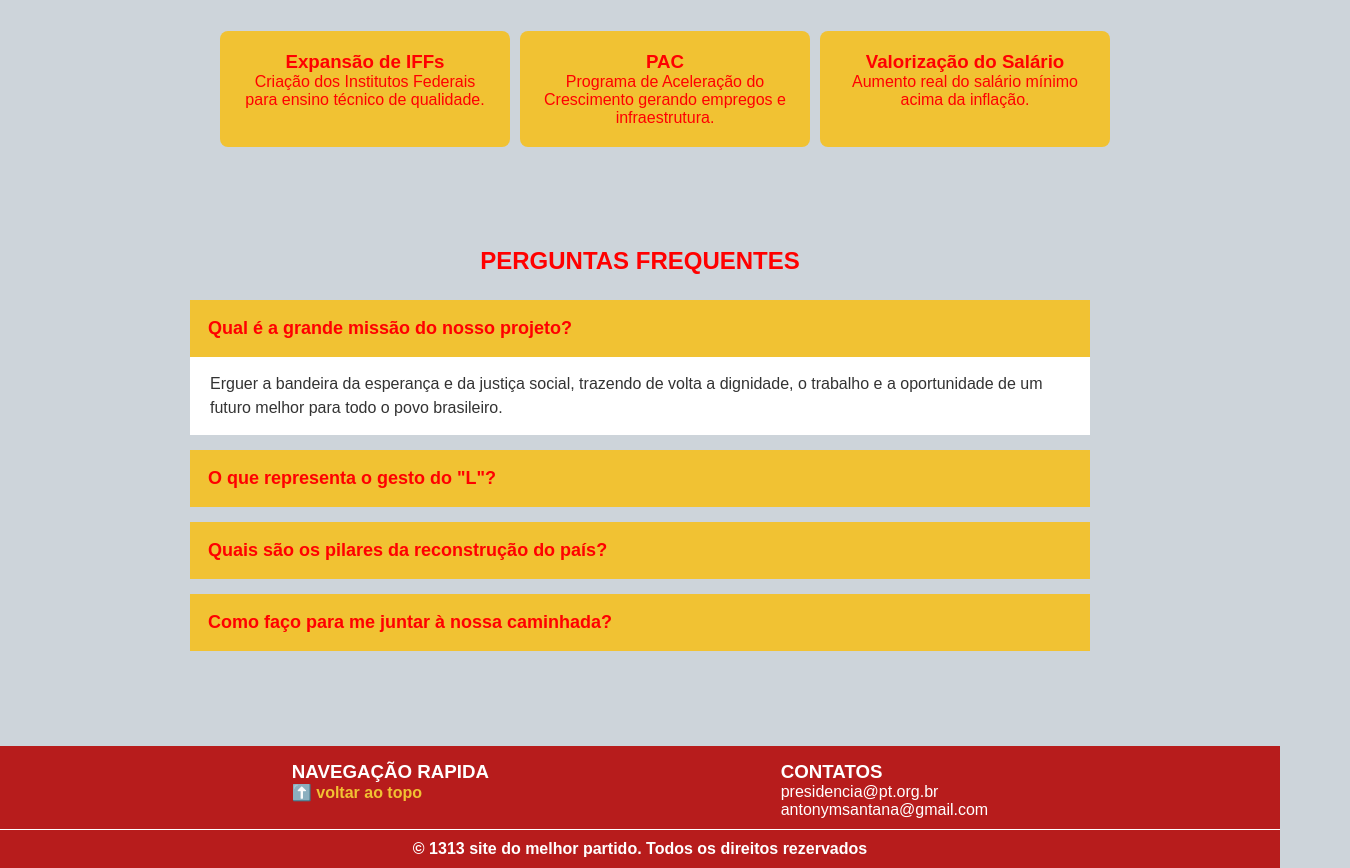
Repository: antonymsantana-design/second.revision
Page: html/html.html
An editor plug-in stored every save of this project. The page is shown before and after a run of saves, followed by the edit.
The browser window is 1280 px wide. The page is 1350 px wide, so the pictures cover 1350 px, including what lies to the right of the window. The pictures show the part of the page from y = 1917 to 2785 px (the page is 2785 px tall before and 2752 px after).
After loading, the first visible `button.crd-pergunta` was clicked once.

Above is the page before, as saved 2026-09-05 13:49:56.

### html/html.html
<!doctype html>
<html lang="pt-br">
  <head>
    <meta charset="UTF-8" />
    <meta name="viewport" content="width=device-width, initial-scale=1.0" />
    <title>avaliação</title>
    <link rel="stylesheet" href="../css/css.css" />
    <script src="../js/js.js" defer></script>
  </head>
  <header>
    <div class="conteudoH" id="conteudoH">
      <div class="imagem" id="imagem">
        <img
          src="../IMAGENS/partido-dos-trabalhadores-pt.png"
          alt="logo"
          class="logoIMG"
          id="logoIMG"
        />
      </div>
      <div class="links" id="links">
        <a href="#" class="aLinks">EXPERIÊNCIAS</a>
        <a href="#" class="aLinks">PROJETOS</a>
        <a href="#" class="aLinks">SOBRE</a>
      </div>
      <div class="btnDiv" id="btnDiv">
        <button class="btn" id="btn">
          <div class="btnTxt" id="btnTxt">
            <p>contrate-nos</p>
          </div>
        </button>
      </div>
    </div>
  </header>

  <body>
    <div class="conteudo">
      <div class="texto">
        <h1 class="faça_o_l">FAÇA O L</h1>
        <br />
        <h1 class="imediatamente">IMEDIATAMENTE</h1>
      </div>
    </div>

    <div class="cards">
      <div class="card">
        <div class="imagemCard">
          <img src="../IMAGENS/fazoL.webp" alt="ptzão" />
        </div>
        <div class="textoC">
          <p>
            O L desenhado pelas mãos do povo é o nosso escudo estampado no
            peito, o brasão de uma nação que recusou o fim e escolheu se
            reconstruir. Assim como os maiores símbolos de proteção, ele traz a
            força indomável dos esquecidos, a coragem da classe trabalhadora e o
            abraço que resgata a dignidade de cada família. Fazer o L não é
            apenas um gesto: é a armadura invisível da justiça, a poesia de quem
            luta sem medo e a prova viva de que a esperança sempre vence
            qualquer escuridão.
          </p>
        </div>
      </div>

      <div class="card">
        <div class="imagemCard">
          <img src="../IMAGENS/Design sem nome.png" alt="ptzão" />
        </div>
        <div class="textoC">
          <p>
            A reconstrução do Brasil é a nossa maior batalha vitoriosa, o
            compromisso sagrado de honrar quem ergue este país com as próprias
            mãos. É o salário que volta a ter valor de arma contra a miséria, o
            prato cheio que alimenta a dignidade e a porta da universidade
            aberta para o filho do trabalhador. Erguemos de volta a estrutura de
            uma nação soberana, provando que quando a força do povo se levanta,
            nenhuma injustiça é capaz de ficar em pé.
          </p>
        </div>
      </div>

      <div class="card">
        <div class="imagemCard">
          <img src="../IMAGENS/Design sem nome (1).png" alt="ptzão" />
        </div>
        <div class="textoC">
          <p>
            Nossa verdadeira força nunca esteve em batalhas solitárias, mas no
            exército invencível de milhões de corações alinhados. É o povo
            organizado no campo, na fábrica e na periferia, formando uma
            barreira inabalável em defesa da liberdade e do futuro. Estar juntos
            é carregar o juramento de não deixar ninguém para trás. Somos a
            guarda permanente do país, os guardiões da justiça social e a prova
            de que a nossa união é o maior poder da Terra.
          </p>
        </div>
      </div>
    </div>

    <div class="cardsV">
      <div class="video">
        <video autoplay loop muted playsinline>
          <source src="../video/video1.mp4" type="video/mp4" />
        </video>
      </div>
      <div class="video">
        <video autoplay loop muted playsinline>
          <source src="../video/video2.mp4" type="video/mp4" />
        </video>
      </div>
      <div class="video">
        <video autoplay loop muted playsinline>
          <source src="../video/video3.mp4" type="video/mp4" />
        </video>
      </div>
    </div>

    <div class="galery">
      <div class="btnfiltro">
        <button class="btn-filtro" data-categoria="todos">Todas</button>
        <button class="btn-filtro" data-categoria="social">Social</button>
        <button class="btn-filtro" data-categoria="educacao">Educação</button>
        <button class="btn-filtro" data-categoria="economia">Economia</button>
      </div>

      <div class="cards-galeria">
        <div class="card-item" data-categoria="social">
          <h3>Bolsa Família</h3>
          <p>
            Garantia de renda e combate direto à extrema pobreza em todo o país.
          </p>
        </div>

        <div class="card-item" data-categoria="social">
          <h3>Minha Casa Minha Vida</h3>
          <p>Acesso à moradia digna para milhões de famílias brasileiras.</p>
        </div>

        <div class="card-item" data-categoria="educacao">
          <h3>Prouni e FIES</h3>
          <p>Inclusão de jovens da classe trabalhadora no ensino superior.</p>
        </div>

        <div class="card-item" data-categoria="educacao">
          <h3>Expansão de IFFs</h3>
          <p>
            Criação dos Institutos Federais para ensino técnico de qualidade.
          </p>
        </div>

        <div class="card-item" data-categoria="economia">
          <h3>PAC</h3>
          <p>
            Programa de Aceleração do Crescimento gerando empregos e
            infraestrutura.
          </p>
        </div>

        <div class="card-item" data-categoria="economia">
          <h3>Valorização do Salário</h3>
          <p>Aumento real do salário mínimo acima da inflação.</p>
        </div>
      </div>
    </div>

    <div class="crd-container">
      <h2 class="crd-titulo">PERGUNTAS FREQUENTES</h2>

      <div class="crd-item">
        <button class="crd-pergunta">
          Qual é a grande missão do nosso projeto?
        </button>
        <div class="crd-resposta">
          <p>
            Erguer a bandeira da esperança e da justiça social, trazendo de
            volta a dignidade, o trabalho e a oportunidade de um futuro melhor
            para todo o povo brasileiro.
          </p>
        </div>
      </div>

      <div class="crd-item">
        <button class="crd-pergunta">O que representa o gesto do "L"?</button>
        <div class="crd-resposta">
          <p>
            O "L" é o símbolo do nosso compromisso coletivo. Ele representa o
            escudo da classe trabalhadora, a força dos esquecidos e a prova de
            que a união vence qualquer escuridão.
          </p>
        </div>
      </div>

      <div class="crd-item">
        <button class="crd-pergunta">
          Quais são os pilares da reconstrução do país?
        </button>
        <div class="crd-resposta">
          <p>
            Foco no que realmente importa: salário valorizado, comida na mesa,
            moradia digna e as portas das universidades abertas para os filhos
            do trabalhador.
          </p>
        </div>
      </div>

      <div class="crd-item">
        <button class="crd-pergunta">
          Como faço para me juntar à nossa caminhada?
        </button>
        <div class="crd-resposta">
          <p>
            A nossa força vem da união de todos. Seja no campo, na fábrica ou na
            cidade, qualquer pessoa pode somar voz e energia para defender a
            democracia e o futuro do país.
          </p>
        </div>
      </div>
    </div>

    <div class="modal-overlay" id="modalContato">
      <div class="modal-box">
        <span id="btnClose" class="close-btn">X</span>
        <h2 class="modal-title">FALE CONOSCO</h2>

        <form id="formContato">
          <div class="input-group">
            <label for="nome">Nome</label>
            <input type="text" id="nome" required />
          </div>
          <div class="input-group">
            <label for="email">E-mail</label>
            <input type="email" id="email" required />
          </div>
          <div class="input-group">
            <label for="Assunto">Assunto</label>
            <input type="text" id="assunto" required />
          </div>
          <div class="input-group">
            <label for="mensagem">mensagem</label>
            <textarea id="mensagem" rows="4" required></textarea>
          </div>

          <button type="submit" class="btn-enviar" id="enviar">ENVIAR</button>
        </form>
      </div>
    </div>
  </body>
  <footer>
    <div class="cima">
      <div class="esquerda">
        <h3>NAVEGAÇÃO RAPIDA</h3>
        <h4 class="btnTopo" id="btnTopo">⬆️ voltar ao topo</h4>
      </div>
      <div class="direita">
        <h3>CONTATOS</h3>
        <a href="">presidencia@pt.org.br</a> <br />
        <a href="">antonymsantana@gmail.com</a>
      </div>
    </div>
    <div class="baixo">
      <h4>© 1313 site do melhor partido. Todos os direitos rezervados</h4>
    </div>
  </footer>
</html>

### css/css.css
* {
    padding: 0px;
    margin: 0px;
    font-family: Arial, Helvetica, sans-serif;
}

body {
    background-color: rgb(205, 212, 218);
}

header {
    background-color: #f1c233;
    height: 110px;
    border-bottom: red solid 3px;
}

.conteudoH {
    display: flex;
    justify-content: space-between;
    padding-right: 100px;
    align-items: center;
}

.imagem {
    margin-left: 20px;
    margin-top: 5px;
}

.logoIMG {
    width: 100px;
    height: 100px;
}

.links {
    display: flex;
    gap: 20px;
    justify-content: center;
    padding-right: 130px;
}

.links a {
    text-decoration: none;
    color: red;
    transition: 0.5s ease;
}

.aLinks:hover {
    transform: translateY(-5px);
    box-shadow: 0 4px 10px rgba(0, 0, 0, 0.15);
    background-color: red;
    color: #f1c233;
    border-radius: 5px;
    width: 120px;
    height: 30px;
    display: flex;
    justify-content: center;
    align-items: center;
}

.btnDiv {
    display: flex;
}

.btn {
    display: flex;
    justify-content: center;
    width: 120px;
    height: 70px;
    background-color: red;
    border: none;
    color: white;
    align-items: center;
    border-radius: 8px;
    transition: 0.3s ease;
    cursor: pointer;
}

.btn:hover {
    transform: translateY(-5px);
    box-shadow: 0 8px 15px rgba(255, 0, 0, 0.4);
}

.conteudo {
    background-image: url(../IMAGENS/maxresdefault.jpg);
    background-repeat: no-repeat;
    background-size: cover;
    background-position: center;
    height: 100vh;
}

.texto {
    padding-top: 250px;
    padding-left: 100px;
    font-size: 40px;
}

.faça_o_l {
    color: #f1c233;
}

.imediatamente {
    color: red;
}

.cards {
    display: flex;
    justify-content: space-around;
    margin-top: 20px;
}

.card {
    background-color: #f1c233;
    height: 500px;
    width: 430px;
    border-radius: 10px;
    display: flex;
    justify-content: center;
    align-items: center;
    position: relative;
    transition: 0.3s ease;
}

.card:hover {
    transform: translateY(-10px);
    box-shadow: 0 12px 25px rgba(0, 0, 0, 0.3);
    background-color: red;
}

.imagemCard {
    width: 300px;
    height: 300px;
    position: absolute;
    top: 50%;
    left: 50%;
    transform: translate(-50%, -50%);
    transition: 0.3s ease;
}

.imagemCard img {
    width: 100%;
    transition: 0.3s ease;
}

.card:hover img {
    opacity: 0;
}

.textoC {
    color: #f1c233;
    text-align: center;
    justify-content: center;
    align-items: center;
    font-size: 20px;
    display: flex;
    height: 500px;
    width: 430px;
    padding: 20px;
    box-sizing: border-box;
}

.cardsV {
    display: flex;
    justify-content: space-around;
    margin-top: 90px;
}

.cardsV video {
    width: 450px;
    border-radius: 10px;
    padding-bottom: 55px;
    transition: 0.3s ease;
}

.cardsV video:hover {
    transform: translateY(-8px);
}

.modal-overlay {
    position: fixed;
    top: 0;
    left: 0;
    width: 100vw;
    height: 100vh;
    background-color: rgba(0, 0, 0, 0.65);
    display: none;
    justify-content: center;
    align-items: center;
    z-index: 9999;
}

.modal-overlay.active {
    display: flex;
}

.modal-box {
    background-color: #f1c233;
    width: 90%;
    max-width: 420px;
    padding: 30px 25px;
    position: relative;
    box-shadow: 0 8px 20px rgba(0, 0, 0, 0.3);
    border-radius: 5px;
}

.close-btn {
    position: absolute;
    top: 12px;
    right: 20px;
    font-size: 26px;
    color: red;
    cursor: pointer;
    font-weight: bold;
    transition: 0.3s ease;
}

.close-btn:hover {
    transform: scale(1.2);
}

.modal-title {
    text-align: center;
    margin-bottom: 20px;
    color: red;
}



.input-group {
    display: flex;
    flex-direction: column;
    margin-bottom: 12px;
}

.input-group label {
    font-size: 14px;
    font-weight: bold;
    color: red;
    margin-bottom: 4px;
}

.input-group input,
.input-group textarea {
    border: none;
    border-radius: 8px;
    padding: 10px;
    resize: vertical;
    outline: none;
    font-size: 14px;
}

.btn-enviar {
    display: block;
    margin: 20px auto 0 auto;
    background-color: red;
    color: white;
    border: none;
    padding: 10px 40px;
    border-radius: 20px;
    font-weight: bold;
    cursor: pointer;
    transition: 0.3s ease;
}

.btn-enviar:hover {
    transform: translateY(-3px);
    box-shadow: 0 5px 15px rgba(0, 0, 0, 0.2);
}

footer {
    background-color: #b71c1c;
    color: white;
    padding-top: 15px;
}

.cima {
    border-bottom: white 1px solid;
    padding-bottom: 10px;
    display: flex;
    justify-content: space-evenly;
}

.direita a {
    color: white;
    text-decoration: none;
    transition: 0.3s ease;
}

.direita a:hover {
    color: #f1c233;
}

.btnTopo {
    cursor: pointer;
    color: #f1c233;
    transition: 0.3s ease;
}

.btnTopo:hover {
    transform: translateY(-3px);
}

.baixo {
    text-align: center;
    padding: 10px 0;
}

.galery{
    padding-bottom: 20px;
}

.card-item {
    background-color: #f1c233;
    color: red;
    padding: 20px;
    border-radius: 8px;
    width: 250px;
    text-align: center;
    transition: 0.3s ease;
}

.btnfiltro{
    padding-bottom: 10px;
     display: flex;
    justify-content: center;
    gap: 10px;
}

.card-item:hover {
    transform: translateY(-5px);
    box-shadow: 0 5px 15px rgba(0, 0, 0, 0.2);
}

.btn-filtroT{
    background-color: #f1c233;
    color: white;
    border: none;
    padding: 10px 20px;
    border-radius: 5px;
    cursor: pointer;
    font-weight: bold;
    transition: 0.3s ease;
}

.btn-filtro {
    background-color: red;
    color: white;
    border: none;
    padding: 10px 20px;
    border-radius: 5px;
    cursor: pointer;
    font-weight: bold;
    transition: 0.3s ease;
}

.btn-filtro.trocarCor{
    background-color: #f1c233;
    color: white;
}

.btn-filtro:hover {
    background-color: #b71c1c;
    transform: translateY(-2px);
}

.cards-galeria{
    display: grid;
    justify-content: center;
    grid-template-columns: repeat(3, 240px);
    gap: 60px;
}

.card-item.escondido {
    display: none;
}

.crd-container {
    max-width: 900px;
    margin: 60px auto;
    padding: 20px;
}

.crd-titulo {
    text-align: center;
    color: red;
    margin-bottom: 25px;
}

.crd-item {
    margin-bottom: 15px;
}

.crd-pergunta {
    width: 100%;
    background-color: #f1c233;
    color: red;
    border: none;
    padding: 18px;
    text-align: left;
    font-size: 18px;
    font-weight: bold;
    cursor: pointer;
}

.crd-pergunta:hover {
    background-color: red;
    color: #f1c233;
}

.crd-resposta {
    display: none;
    overflow: hidden;
    background-color: white;
    transition: 0.4s ease;
}

.crd-resposta p {
    padding: 15px 20px;
    color: #333;
    line-height: 1.5;
}

.crd-item.ativo, .crd-resposta.ativo {
    display: flex;
    max-height: 200px;
}

### js/js.js

const modal = document.getElementById("modalContato")
const btnAbrir = document.getElementById("btn")
const btnFechar = document.getElementById("btnClose")
const enviar = document.getElementById("enviar")
const rolar = document.getElementById("btnTopo")

btnAbrir.onclick = function () {
  modal.classList.add("active")
};

btnFechar.onclick = function () {
  modal.classList.remove("active")
};

enviar.onclick = function () {
  window.alert("enviado com sucesso")
  modal.classList.remove("active")
}

rolar.onclick = function () {
  window.scrollTo({
    top: 0,
    behavior: "smooth",
  });
};

const botoes = document.querySelectorAll(".btn-filtro")
const cards = document.querySelectorAll(".card-item")

botoes.forEach((botao) => {
  botao.addEventListener("click", () => {
    const categoriaSelec = botao.getAttribute("data-categoria")
    cards.forEach((card) => {
      const categoriaCard = card.getAttribute("data-categoria")
      if (categoriaSelec === "todos" || categoriaSelec === categoriaCard) {
        card.classList.remove("escondido")
      } else {
        card.classList.add("escondido")
      }
    })
  })
})

const perguntas = document.querySelector(".crd-pergunta")
const respostas = document.querySelector(".crd-resposta")
const mostrarResp = document.querySelector(".crd-item")

perguntas.onclick = function () {
    respostas.classList.add("ativo")
}

After the next 3 saves:
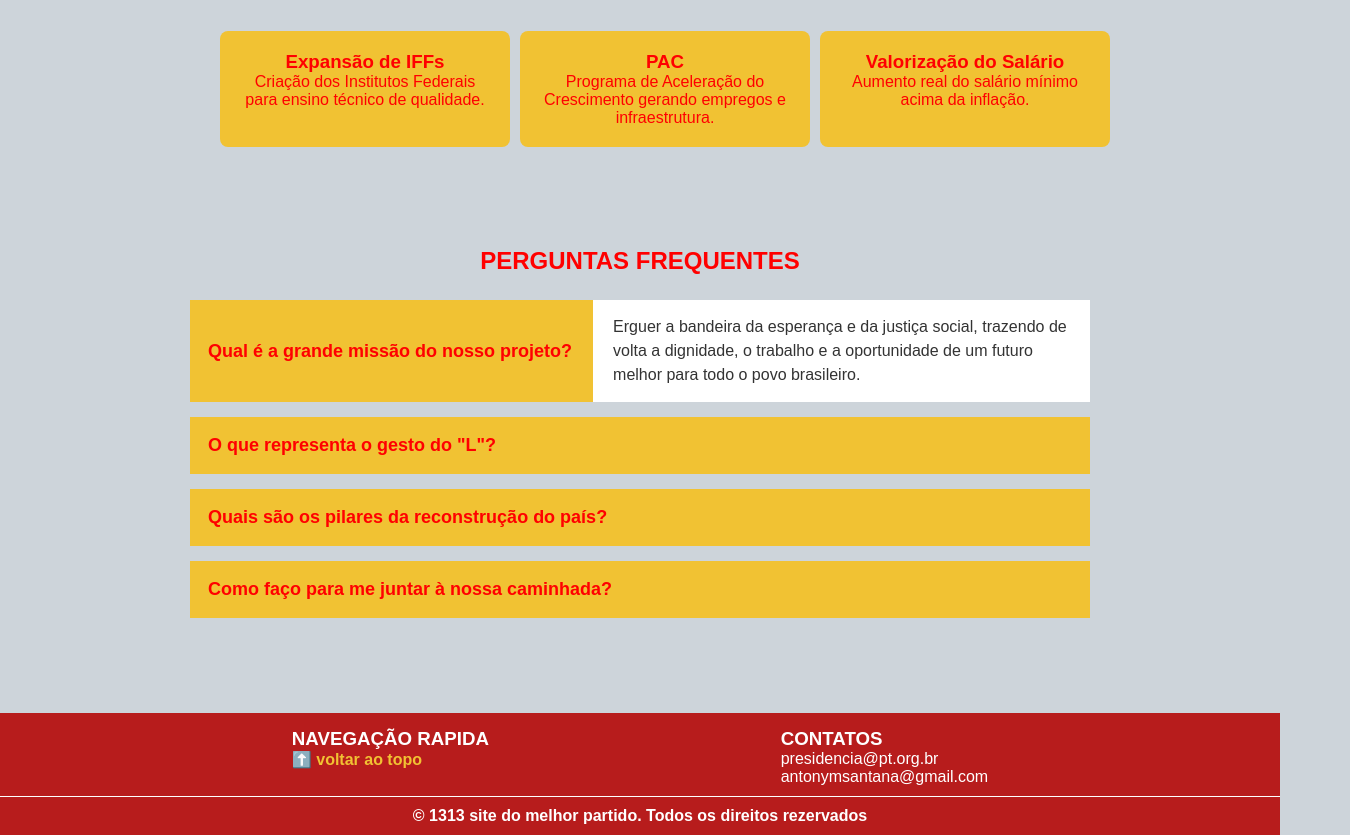
The 3 saves are shown as one change because they came seconds apart.
The last was saved 10 s later.
--- a/js/js.js
+++ b/js/js.js
@@ -48,4 +48,5 @@
 
 perguntas.onclick = function () {
     respostas.classList.add("ativo")
+    mostrarResp.classList.add("ativo")
 }
